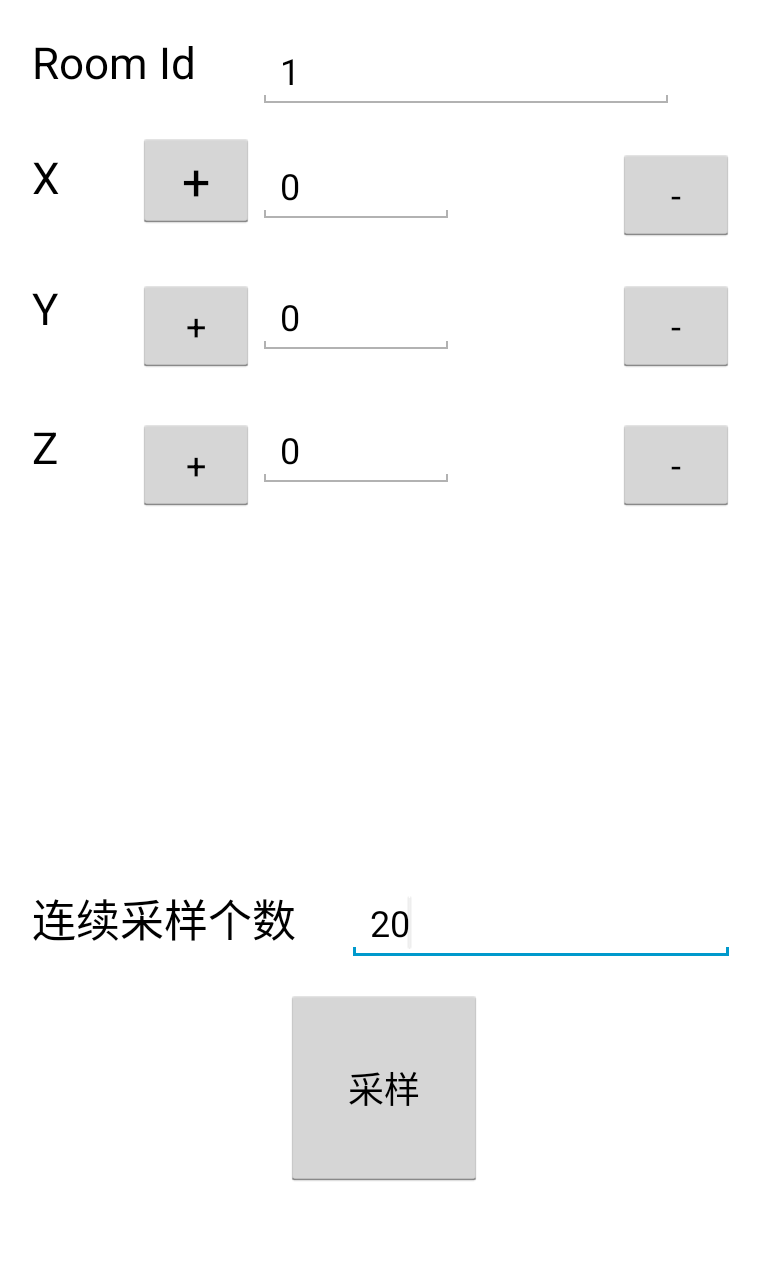
Repository: RenchuSong/tMap_Android
Layout: tmap_model_tool/res/layout/wifi_conllector.xml
These files come from the project's save history. The layout is drawn as it stood at one moment and after the next save; the edit follows.
It is drawn on a 768 x 1280 px phone screen (xhdpi) without system bars, with theme AppTheme; the app's code is not run.

Above is the layout before, as saved 2014-04-20 12:32:06.

After the next save:
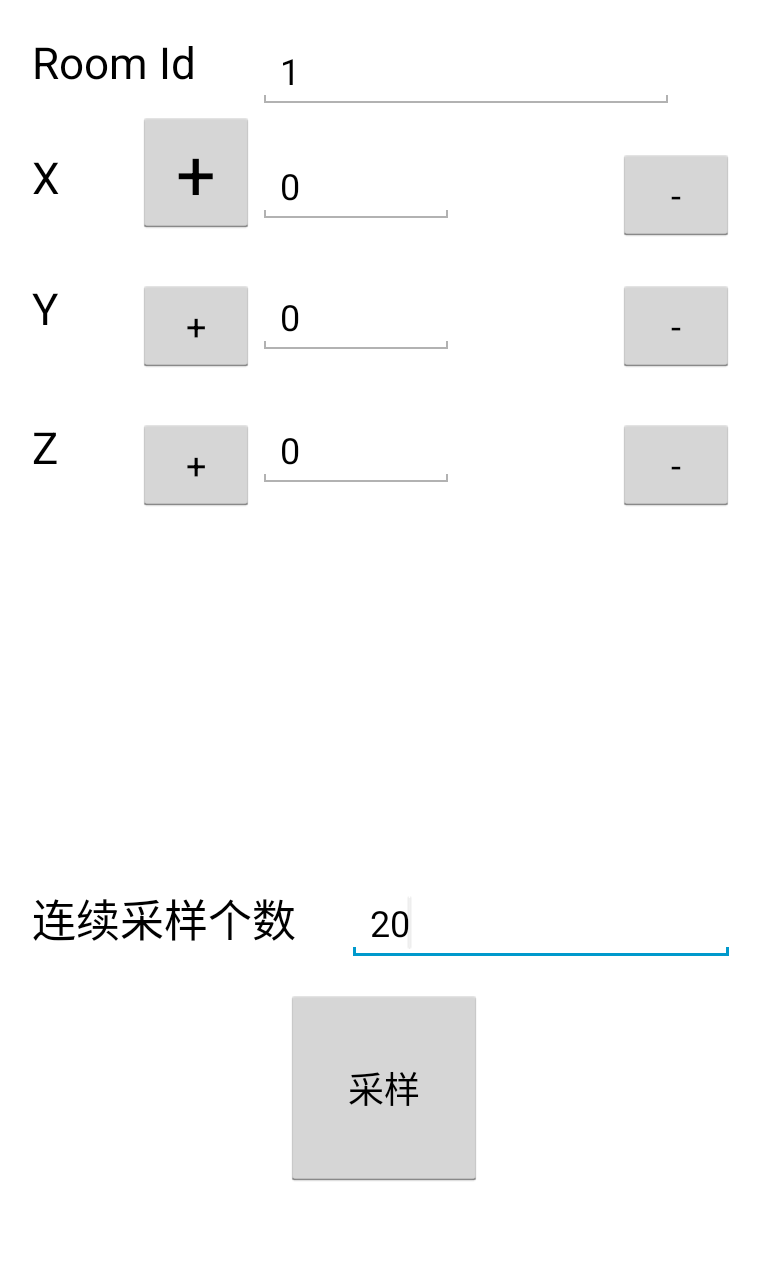
Saved 5 s later.
--- a/tmap_model_tool/res/layout/wifi_conllector.xml
+++ b/tmap_model_tool/res/layout/wifi_conllector.xml
@@ -104,7 +104,7 @@
         android:layout_alignBaseline="@+id/x"
         android:layout_alignBottom="@+id/x"
         android:layout_toLeftOf="@+id/x"
-        android:textSize="25sp"
+        android:textSize="35sp"
         android:text="+" />
 
     <Button
